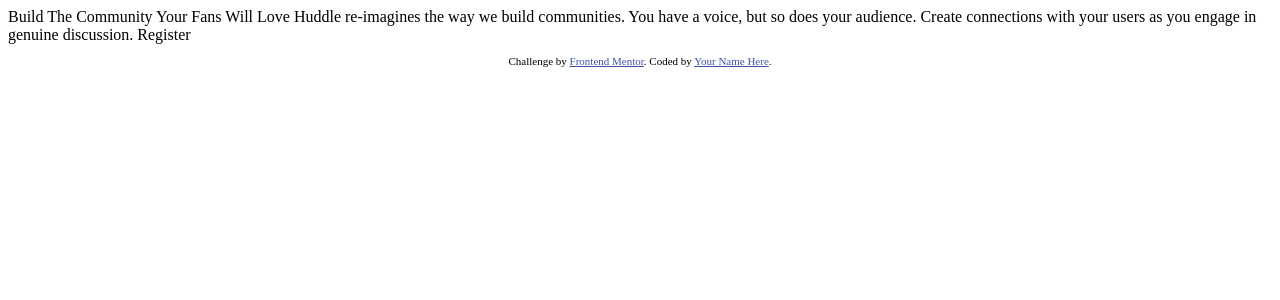
Repository: ankitnayak09/FrontEndMentor-Solutions
Page: huddle-landing-page-with-single-introductory-section-master/index.html
An editor plug-in stored every save of this project. The page is shown before and after a run of saves, followed by the edit.
The browser window is 1280 px wide. The pictures show the whole page.

Above is the page before, as saved 2021-03-10 03:43:33.

After the next 2 saves:
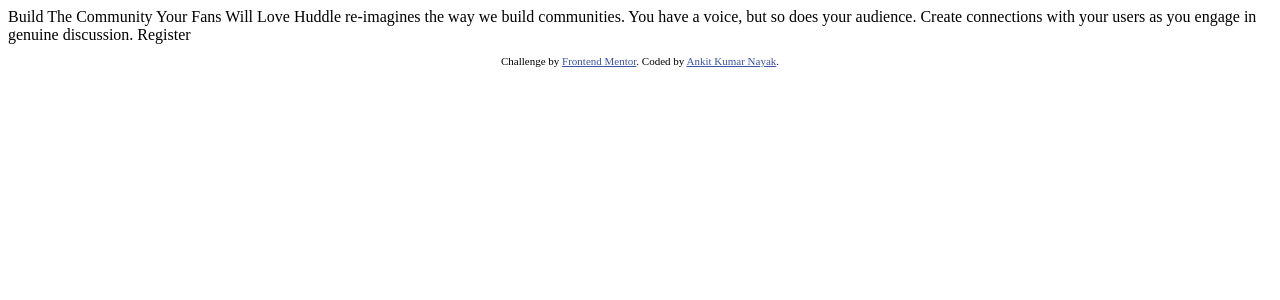
The 2 saves are shown as one change because they came seconds apart.
The last was saved 119 days later.
--- a/huddle-landing-page-with-single-introductory-section-master/index.html
+++ b/huddle-landing-page-with-single-introductory-section-master/index.html
@@ -26,7 +26,7 @@
   <footer>
     <p class="attribution">
       Challenge by <a href="https://www.frontendmentor.io?ref=challenge" target="_blank">Frontend Mentor</a>.
-      Coded by <a href="#">Your Name Here</a>.
+      Coded by <a href="">Ankit Kumar Nayak</a>.
     </p>
   </footer>
 </body>
